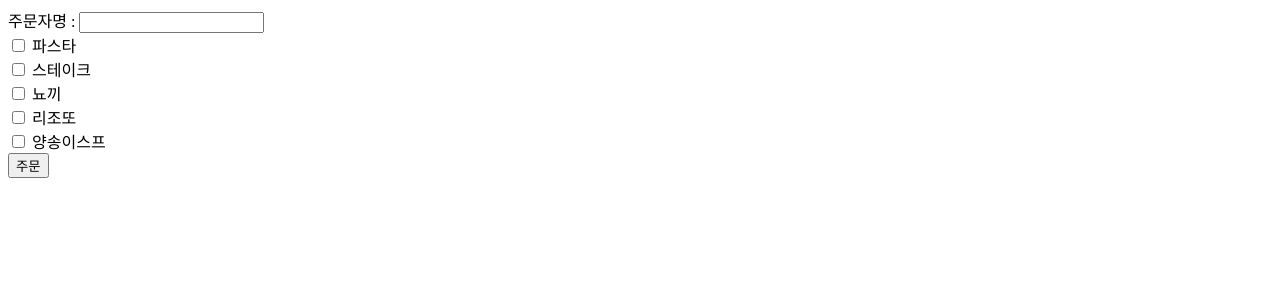
Repository: saeeeem2/2023JSTL
Page: http://localhost/jstl_study/step-5.jsp
An editor plug-in stored every save of this project. The page is shown before and after the next save, followed by the edit.
The browser window is 1280 px wide. The pictures show the whole page.
The page is served by Tomcat 9.

Above is the page before, as saved 2023-11-23 00:48:26.

After the next save:
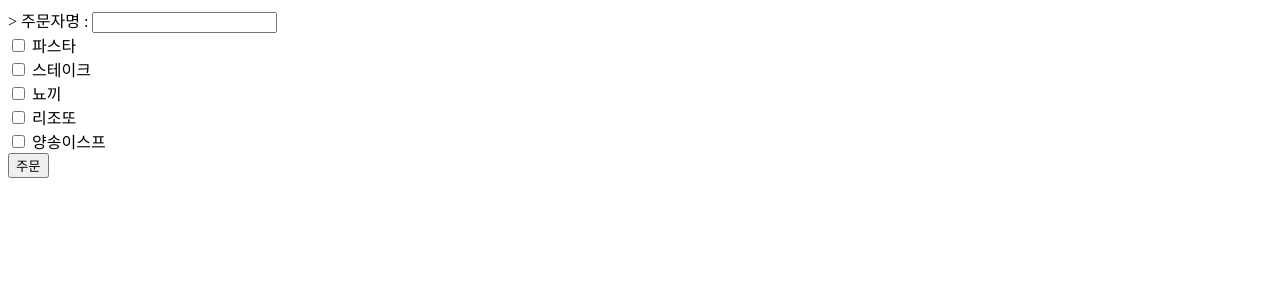
Saved 16 min 21 s later.
--- a/jstl_study/src/main/webapp/step-5.jsp
+++ b/jstl_study/src/main/webapp/step-5.jsp
@@ -9,7 +9,7 @@
 <body>
 	<!-- 메뉴판을 체크박스 형태로 만들어 step-6으로 전송 -->
 	<!-- step-6에서 주문자명 어떤 메뉴를 주문했는지 출력 -->
-	<form action="step-6.jsp">
+	<form action="step-6.jsp" method="post">>
 		주문자명 : <input type="text" name="name"> <br>
 		<input type="checkbox" name="menu" value="파스타"> 파스타<br>
 		<input type="checkbox" name="menu" value="스테이크"> 스테이크<br>
